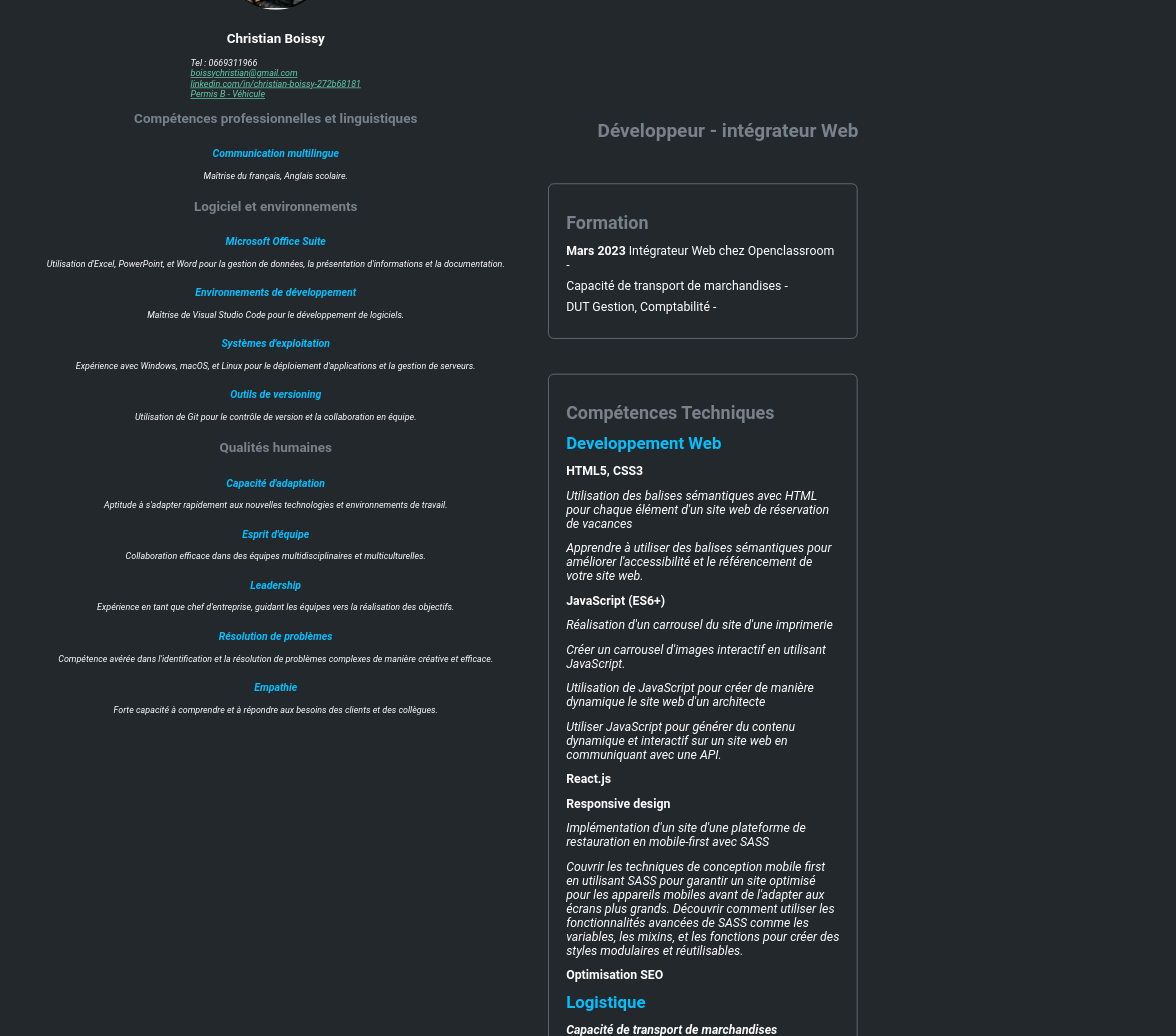
Repository: Christian121966/cv-logistique
Page: /
These files come from the project's save history. The page is drawn as it stood at one moment and after the next save; the edit follows.
The browser window is 1280 px wide. The page is 1680 px wide, so the pictures cover 1680 px, including what lies to the right of the window. The pictures show the part of the page from y = 0 to 1480 px (the page is 2682 px tall), at 70% of full size.
The project was rebuilt for these pictures with package versions that can differ from the ones it lists, and the page was loaded fresh each time.

Above is the page before, as saved 2024-07-28 07:25:55.

### public/index.html
<!DOCTYPE html>
<html lang="en">
  <head>
    <meta charset="utf-8" />
    <link rel="icon" href="%PUBLIC_URL%/favicon.ico" />
    <meta name="viewport" content="width=device-width, initial-scale=1" />
    <meta name="theme-color" content="#000000" />
    <meta name="description" content="Curriculum Vitae de Christian Boissy, développeur web front-end" />
    <meta name="keywords" content="Christian Boissy, CV, développeur front-end, React, Node.js, JavaScript" />
    <meta name="author" content="Christian Boissy" />

    <!-- Open Graph Meta Tags -->
    <meta property="og:title" content="CV de Christian Boissy" />
    <meta property="og:description" content="Curriculum Vitae de Christian Boissy, développeur web front-end" />
    <meta property="og:image" content="%PUBLIC_URL%/logo192.png" />
    <meta property="og:url" content="https://christian121966.github.io/cv-christian-boissy/" />
    <meta property="og:type" content="website" />

    <!-- Twitter Card Meta Tags -->
    <meta name="twitter:card" content="summary_large_image" />
    <meta name="twitter:title" content="CV de Christian Boissy" />
    <meta name="twitter:description" content="Curriculum Vitae de Christian Boissy, développeur web front-end" />
    <meta name="twitter:image" content="%PUBLIC_URL%/logo192.png" />

    <link rel="apple-touch-icon" href="%PUBLIC_URL%/logo192.png" />
    <link rel="manifest" href="%PUBLIC_URL%/manifest.json" />
    <title>CV-CHRISTIAN-BOISSY</title>

    <!-- Google Analytics -->
    <script async src="https://www.googletagmanager.com/gtag/js?id=G-K4EJ3NRTQS"></script>
    <script>
      window.dataLayer = window.dataLayer || [];
      function gtag(){dataLayer.push(arguments);}
      gtag('js', new Date());
      gtag('config', 'G-K4EJ3NRTQS');
    </script>
  </head>
  <body>
    <noscript>You need to enable JavaScript to run this app.</noscript>
    <div id="root"></div>
    <!--
      This HTML file is a template.
      If you open it directly in the browser, you will see an empty page.

      You can add webfonts, meta tags, or analytics to this file.
      The build step will place the bundled scripts into the <body> tag.

      To begin the development, run `npm start` or `yarn start`.
      To create a production bundle, use `npm run build` or `yarn build`.
    -->
  </body>
</html>

### src/index.js
import React from 'react';
import ReactDOM from 'react-dom/client';
import './index.css';
import App from './App';
import ReactGA from 'react-ga4';

ReactGA.initialize('G-K4EJ3NRTQS', {
  cookieFlags: 'SameSite=None; Secure'
});

ReactGA.send('pageview');

const root = ReactDOM.createRoot(document.getElementById('root'));
root.render(
  <React.StrictMode>
    <App />
  </React.StrictMode>
);

### src/App.js
import React from 'react';
import './App.css';
import Footer from './components/Footer';
import Section from './components/Section';
import Sidebar from './components/Sidebar';
import Formation from './components/Formation';
import CompetencesTechniques from './components/CompetencesTechniques';
import ExperiencesProfessionnelles from './components/ExperiencesProfessionnelles';

function App() {
  return (
    <div className="App">
      <header className="cv-title">
        <h1>Développeur - intégrateur Web</h1>
      </header>
      <div className="container">
        <Sidebar />
        <main>
          <div className="card">
            <Section title="Formation">
              <Formation />
            </Section>
          </div>
          <div className="card">
            <Section title="Compétences Techniques">
              <CompetencesTechniques />
            </Section>
          </div>
          <div className="card">
            <Section title="Expériences Professionnelles">
              <ExperiencesProfessionnelles />
            </Section>
          </div>
        </main>
      </div>
      <Footer />
    </div>
  );
}

export default App;

### src/App.css
@charset "UTF-8";
/* Variables de couleurs */
/* Mixins */
*,
*::before,
*::after {
  box-sizing: border-box;
  margin: 0;
  padding: 0;
}

body {
  background-color: rgb(35, 40, 45);
  color: rgb(255, 255, 255);
  font-family: "Roboto", sans-serif;
  padding: 0;
  margin: 0;
  overflow-x: hidden;
  overflow-y: auto;
}
body header.cv-title {
  display: flex;
  justify-content: center;
  position: relative;
  top: 185px;
  left: 0;
  margin-bottom: 2px;
}
body header.cv-title h1 {
  color: rgb(120, 130, 140);
  font-size: 1em;
}
body .container {
  display: flex;
  flex-direction: column;
  padding: 10px;
}
body .container .container {
  display: flex;
  flex-direction: column;
  padding: 10px;
}
body .container .sidebar {
  width: 100%;
  font-size: 0.8em;
  display: flex;
  flex-direction: column;
  justify-content: center;
  align-items: center;
  padding: 2px;
}
body .container .sidebar h2 {
  font-size: 1.5em;
  text-align: center;
  margin: 15px 0 15px 0;
  color: rgb(120, 130, 140);
}
body .container .sidebar .profile-photo {
  width: 150px;
  height: 150px;
  border-radius: 50%;
  margin-bottom: 30px;
  cursor: pointer;
  transition: width 0.3s ease, height 0.3s ease;
}
body .container .sidebar .profile-photo:hover {
  width: 360px;
  height: 360px;
  border-radius: 50%;
  margin-bottom: 30px;
}
body .container .sidebar address {
  margin-top: 15px;
}
body .container .sidebar address a {
  color: mediumaquamarine;
}
body .container .sidebar ul {
  list-style-type: none;
  text-align: center;
}
body .container .sidebar ul h3 {
  margin: 15px 0 15px 0;
  color: deepskyblue;
}
body .container .sidebar ul li {
  display: flex;
  flex-direction: column;
  margin-bottom: 10px;
  overflow-y: auto;
}
body .container .sidebar ul li li > span {
  display: block; /* Assurez-vous que span est affiché comme bloc */
  text-align: center; /* Exemple de centrage de span */
  color: #777; /* Exemple de couleur de texte */
}
body main {
  margin: 0;
}
body section h2 {
  font-size: 1.2em;
  margin: 15px 0 15px 0;
}
body .card {
  margin: 5px;
  padding: 10px;
  background: rgb(35, 40, 45);
  border: 1px solid rgb(120, 130, 140);
  border-radius: 8px;
}
body .card div, body .card ul {
  font-size: 0.9em;
  list-style-type: none;
  margin-bottom: 10px;
}
body .card h2 {
  color: rgb(120, 130, 140);
}
body .card h3 {
  font-size: 1.1em;
  margin: 15px 0 15px 0;
  color: deepskyblue;
}
body li {
  margin-bottom: 15px;
  font-style: italic;
}
body .li_title {
  font-weight: bold;
  font-style: normal;
}
body p {
  font-size: 1em;
}
body footer p {
  font-size: 0.6em;
  display: flex;
  justify-content: center;
  text-align: center;
}

/* Pour les écrans de 320px à 425px */
@media screen and (max-width: 425px) {
  body header.cv-title {
    position: relative;
    top: 190px;
    left: 0;
    margin-bottom: 2px;
    text-align: center;
  }
  body header.cv-title h1 {
    color: rgb(120, 130, 140);
    font-size: 1.2em;
  }
  body .container {
    display: flex;
    flex-direction: column;
    padding: 10px;
  }
  body .sidebar {
    width: 100%;
    font-size: 0.8em;
    display: flex;
    flex-direction: column;
    justify-content: center;
    align-items: center;
    padding: 2px;
  }
  body .sidebar h2 {
    font-size: 1.1em;
    text-align: center;
    margin: 15px 0;
    color: rgb(120, 130, 140);
  }
  body .sidebar .profile-photo {
    width: 150px;
    height: 150px;
    border-radius: 50%;
    margin-bottom: 30px;
  }
  body .sidebar address {
    margin-top: 0;
  }
  body .sidebar address a {
    color: mediumaquamarine;
  }
  body .sidebar ul {
    list-style-type: none;
  }
  body .sidebar ul h3 {
    margin: 15px 0;
    color: deepskyblue;
    text-align: center;
  }
  body .sidebar ul li {
    margin-bottom: 10px;
    text-align: center;
  }
  body .sidebar ul li span {
    display: block;
    color: #ccc;
  }
  body main {
    margin: 0;
    padding: 15px;
  }
  body section h2 {
    font-size: 1.3em;
    margin: 15px 0;
  }
  body .card {
    margin: 10px;
    padding: 12px;
    background: rgb(35, 40, 45);
    border: 1px solid rgb(120, 130, 140);
    border-radius: 8px;
  }
  body .card div, body .card ul {
    font-size: 0.9em;
    list-style-type: none;
  }
  body .card h3 {
    font-size: 1.2em;
    margin: 15px 0;
    color: deepskyblue;
  }
  body p {
    font-size: 1em;
  }
  body footer p {
    font-size: 0.8em;
    display: flex;
    justify-content: center;
    text-align: center;
    margin: 10px;
  }
}
/* Pour les écrans de 768px et plus */
@media screen and (min-width: 768px) {
  body header.cv-title {
    top: 140px;
    left: 160px;
    margin-bottom: 20px;
  }
  body header.cv-title h1 {
    font-size: 1.5em;
  }
  body .container {
    display: flex;
    flex-direction: row;
    padding: 25px;
  }
  body .sidebar {
    width: 35%;
    font-size: 1.1em;
    padding: 15px;
    display: flex;
    flex-direction: column;
    justify-content: flex-start;
    align-items: center;
    height: 100vh;
  }
  body .sidebar .profile-photo {
    width: 180px;
    height: 180px;
  }
  body .sidebar h2 {
    font-size: 1.3em;
  }
  body main {
    width: 65%;
    padding: 0 25px;
    display: flex;
    flex-direction: column;
    margin-top: 150px;
  }
  body section h2 {
    font-size: 1.5em;
  }
  body .card {
    margin: 20px 0;
    padding: 20px;
    background: rgb(35, 40, 45);
    border: 1px solid rgb(120, 130, 140);
    border-radius: 8px;
  }
  body .card div, body .card ul {
    font-size: 0.9em;
  }
  body .card h3 {
    font-size: 1.4em;
  }
  body p {
    font-size: 0.9em;
  }
  footer {
    display: flex;
    justify-content: center;
    align-items: center;
    margin-top: 20px;
  }
  footer p {
    font-size: 0.8em;
  }
}
/* Pour les écrans de 1024px et plus */
@media screen and (min-width: 1024px) {
  body header.cv-title {
    top: 170px;
    left: 400px;
    margin-bottom: 25px;
    overflow-y: hidden;
    overflow-x: hidden;
  }
  body header.cv-title h1 {
    font-size: 1.7em;
  }
  body .container {
    padding: 30px;
  }
  body .sidebar {
    width: 35%;
    font-size: 1.2em;
    padding: 20px;
  }
  body .sidebar .profile-photo {
    width: 190px;
    height: 190px;
  }
  body .sidebar h2 {
    font-size: 1.4em;
  }
  body section h2 {
    font-size: 1.6em;
  }
  body .card {
    margin: 25px 0;
    padding: 25px;
  }
  body .card div, body .card ul {
    font-size: 1.1em;
  }
  body .card h3 {
    font-size: 1.5em;
  }
  body p {
    font-size: 1em;
  }
}/*# sourceMappingURL=App_20240728072555.css.map */

### src/components/Footer.js
import React from 'react';

const Footer = () => {
  return (
    <footer>
      <p>© 2024 Christian Boissy. Tous droits réservés.</p>
    </footer>
  );
};

export default Footer;

### src/components/Section.js
import React from 'react';

const Section = ({ title, children }) => {
  return (
    <section>
      <h2>{title}</h2>
      {children}
    </section>
  );
};

export default Section;

### src/components/Sidebar.js
import React from 'react';
import ReactGA from 'react-ga4';

function handleEmailClick() {
  ReactGA.event({
    category: 'User',
    action: 'Clicked on Email Link',
    label: 'Email'
  });
}

function handleLinkedInClick() {
  ReactGA.event({
    category: 'User',
    action: 'Clicked on LinkedIn Link',
    label: 'LinkedIn'
  });
}

const Sidebar = () => {
  return (
    <aside className="sidebar">
      <img src={`${process.env.PUBLIC_URL}/images/Chris.png`} alt="Chris" className="profile-photo" />
      <h1>Christian Boissy</h1>
      <address>
        Tel : 0669311966<br />
        <a href="mailto:boissychristian@gmail.com" onClick={handleEmailClick}>boissychristian@gmail.com</a><br />
        <a href="https://linkedin.com/in/christian-boissy-272b68181" target="_blank" rel="noopener noreferrer" onClick={handleLinkedInClick}>
          linkedin.com/in/christian-boissy-272b68181
          <p>Permis B - Véhicule</p>
        </a>
      </address>
      <h2>Compétences professionnelles et linguistiques</h2>
      <ul>
        <li>
          <h3>Communication multilingue</h3>
          <span>Maîtrise du français, Anglais scolaire.</span>
        </li>
      </ul>
      <h2>Logiciel et environnements</h2>
      <ul>
        <li>
          <h3>Microsoft Office Suite</h3>
          <span>Utilisation d'Excel, PowerPoint, et Word pour la gestion de données, la présentation d'informations et la documentation.</span>
        </li>
        <li>
          <h3>Environnements de développement</h3>
          <span>Maîtrise de Visual Studio Code pour le développement de logiciels.</span>
        </li>
        <li>
          <h3>Systèmes d'exploitation</h3>
          <span>Expérience avec Windows, macOS, et Linux pour le déploiement d'applications et la gestion de serveurs.</span>
        </li>
        <li>
          <h3>Outils de versioning</h3>
          <span>Utilisation de Git pour le contrôle de version et la collaboration en équipe.</span>
        </li>
      </ul>
      <h2>Qualités humaines</h2>
      <ul>
        <li>
          <h3>Capacité d'adaptation</h3>
          <span>Aptitude à s'adapter rapidement aux nouvelles technologies et environnements de travail.</span>
        </li>
        <li>
          <h3>Esprit d'équipe</h3>
          <span>Collaboration efficace dans des équipes multidisciplinaires et multiculturelles.</span>
        </li>
        <li>
          <h3>Leadership</h3>
          <span>Expérience en tant que chef d'entreprise, guidant les équipes vers la réalisation des objectifs.</span>
        </li>
        <li>
          <h3>Résolution de problèmes</h3>
          <span>Compétence avérée dans l'identification et la résolution de problèmes complexes de manière créative et efficace.</span>
        </li>
        <li>
          <h3>Empathie</h3>
          <span>Forte capacité à comprendre et à répondre aux besoins des clients et des collègues.</span>
        </li>
      </ul>
    </aside>
  );
};

export default Sidebar;

### src/components/Formation.js
import React from 'react';
import cvData from '../data/cvData';

function Formation() {
  return (
    <>
      {cvData.formation.map((item, index) => (
        <div key={index}>
          <strong>{item.date}</strong> {item.title} - {item.details}
        </div>
      ))}
    </>
  );
}

export default Formation;

### src/components/CompetencesTechniques.js
import React from 'react';
import cvData from '../data/cvData';

function CompetencesTechniques() {
  // Liste des éléments à mettre en gras
  const boldItems = [
    "Developpement Web",
    "Logistique",
    "Capacité de transport de marchandises",
    "CACES 1, 2, 3 & 5",
    "Communication"
  ];

  // Fonction pour vérifier si l'élément doit être en gras
  const isBold = (item) => {
    return boldItems.some(boldItem => item.includes(boldItem));
  };

  return (
    <>
      <h3>Developpement Web</h3>
      <ul>
        {cvData.competences.developpementWeb.map((item, index) => (
          <li key={index} className={item.title ? 'li_title' : ''}>
            {item.text}
          </li>
        ))}
      </ul>
      <h3>Logistique</h3>
      <ul>
        {cvData.competences.logistique.map((item, index) => (
          <li key={index}>
            {isBold(item) ? <strong>{item}</strong> : item}
          </li>
        ))}
      </ul>
      {/* <h3>Communication</h3>
      <ul>
        {cvData.competences.communication.map((item, index) => (
          <li key={index}>
            {isBold(item) ? <strong>{item}</strong> : item}
          </li>
        ))}
      </ul> */}
    </>
  );
}

export default CompetencesTechniques;

### src/components/ExperiencesProfessionnelles.js
import React from 'react';
import cvData from '../data/cvData';

function ExperiencesProfessionnelles() {
  // Vérifiez que cvData.experiences est défini et qu'il s'agit d'un tableau
  if (!cvData.experiences || !Array.isArray(cvData.experiences)) {
    return <div>Aucune expérience professionnelle disponible.</div>;
  }

  return (
    <div>
      {cvData.experiences.map((exp, index) => (
        <div key={index}>
          <h3>{exp.title}</h3>
          <p>{exp.date}</p>
          {exp.details && exp.details.map((detail, idx) => (
            typeof detail === 'string' ?
              <p key={idx}>{detail}</p> :
              <div key={idx}>
                <strong>{detail.highlight}</strong>
                {detail.list ? <ul>{detail.list.map((item, itemIdx) => <li key={itemIdx}>{item}</li>)}</ul> : <p>{detail.description}</p>}
              </div>
          ))}
          {/* Si exp.details n'est pas défini, affichez un message ou laissez vide */}
          {!exp.details && <p></p>}
        </div>
      ))}
    </div>
  );
}

export default ExperiencesProfessionnelles;

### src/data/cvData.js
const cvData = {
  formation: [
    {
      date: "Mars 2023",
      title: "Intégrateur Web chez Openclassroom",
      // details: "HTML/CSS - JavaScript - React - Redux - MongoDB - Git - GitHub - Responsive design"
    },
    {
      title: "Capacité de transport de marchandises",
    },
    {
      title: "DUT Gestion, Comptabilité"
    }
  ],
  competences: {
    developpementWeb: [
      { title: true, text: "HTML5, CSS3" },
      { title: false, text: "Utilisation des balises sémantiques avec HTML pour chaque élément d'un site web de réservation de vacances" },
      { title: false, text: "Apprendre à utiliser des balises sémantiques pour améliorer l'accessibilité et le référencement de votre site web." },
      { title: true, text: "JavaScript (ES6+)" },
      { title: false, text: "Réalisation d'un carrousel du site d'une imprimerie" },
      { title: false, text: "Créer un carrousel d'images interactif en utilisant JavaScript." },
      { title: false, text: "Utilisation de JavaScript pour créer de manière dynamique le site web d'un architecte" },
      { title: false, text: "Utiliser JavaScript pour générer du contenu dynamique et interactif sur un site web en communiquant avec une API." },
      { title: true, text: "React.js" },
      { title: true, text: "Responsive design" },
      { title: false, text: "Implémentation d'un site d'une plateforme de restauration en mobile-first avec SASS" },
      { title: false, text: "Couvrir les techniques de conception mobile first en utilisant SASS pour garantir un site optimisé pour les appareils mobiles avant de l'adapter aux écrans plus grands. Découvrir comment utiliser les fonctionnalités avancées de SASS comme les variables, les mixins, et les fonctions pour créer des styles modulaires et réutilisables." },
      { title: true, text: "Optimisation SEO" }
    ],
    logistique: [
      "Capacité de transport de marchandises",
      "Gestion d'une société de transport de marchandises",
      "Gestion de personnel",
      "Gestion des stocks",
      "Communication",
      "Gestion des contacts",
      "Gestion du personnel"
    ]
  },
  experiences: [
    {
      date: "Déc. 2021 - Juin 2022",
      title: "First Stop Sartrouville - Herblay",
      details: [
        { highlight: "Livraison de pneus en Ile de France, gestion des commandes et des stocks" },
      ]
    },
    {
      date: "2007 - 2021",
      title: "Gérant de société de transport - Paris",
      details: [
        { highlight: "Livraison de colis en partenariat avec Colisweb"},
        { highlight: "Livraison avec SVP"},
        { highlight: "Livraison avec CG Courses"}
      ]
    },
    {
      date: "1999 - 2007",
      title: "Cariste gestionnaire de stocks - Rougier Panneaux - Gennevilliers",
      details: [
        { highlight: "Chargement et déchargemement de colis de panneaux de bois"},
        { highlight: "Gestion du stock"},
        { highlight: "Préparation des commandes"}
      ]
    }
  ]
};

export default cvData;

Loaded but not shown: src/index.css (common file)

After the next save:
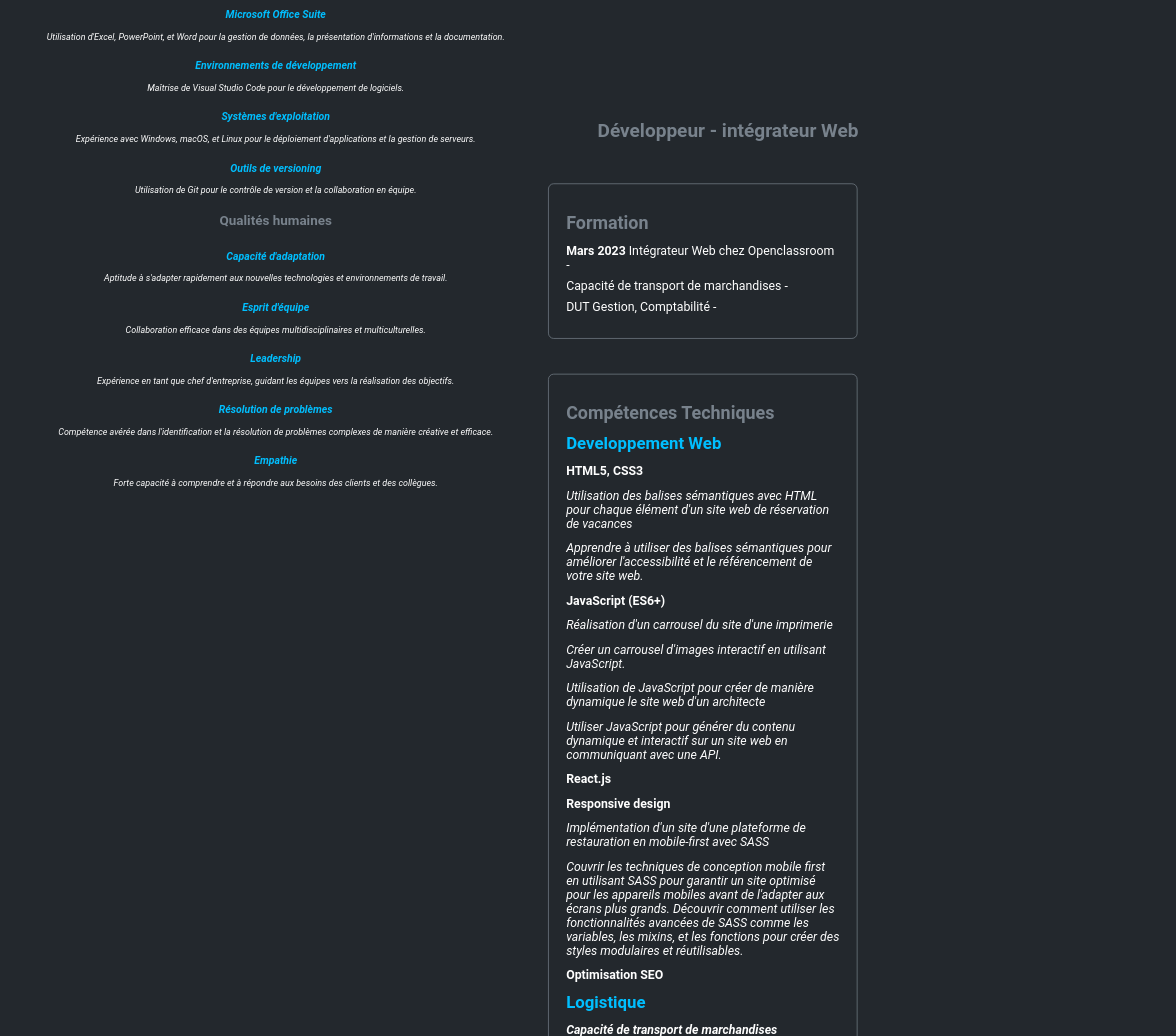
Saved 11 min 48 s later.
--- a/src/App.css
+++ b/src/App.css
@@ -258,7 +258,7 @@ body footer p {
     flex-direction: column;
     justify-content: flex-start;
     align-items: center;
-    height: 100vh;
+    height: 10vh;
   }
   body .sidebar .profile-photo {
     width: 180px;
@@ -346,4 +346,4 @@ body footer p {
   body p {
     font-size: 1em;
   }
-}/*# sourceMappingURL=App_20240728072555.css.map */
+}/*# sourceMappingURL=App_20240728073743.css.map */
